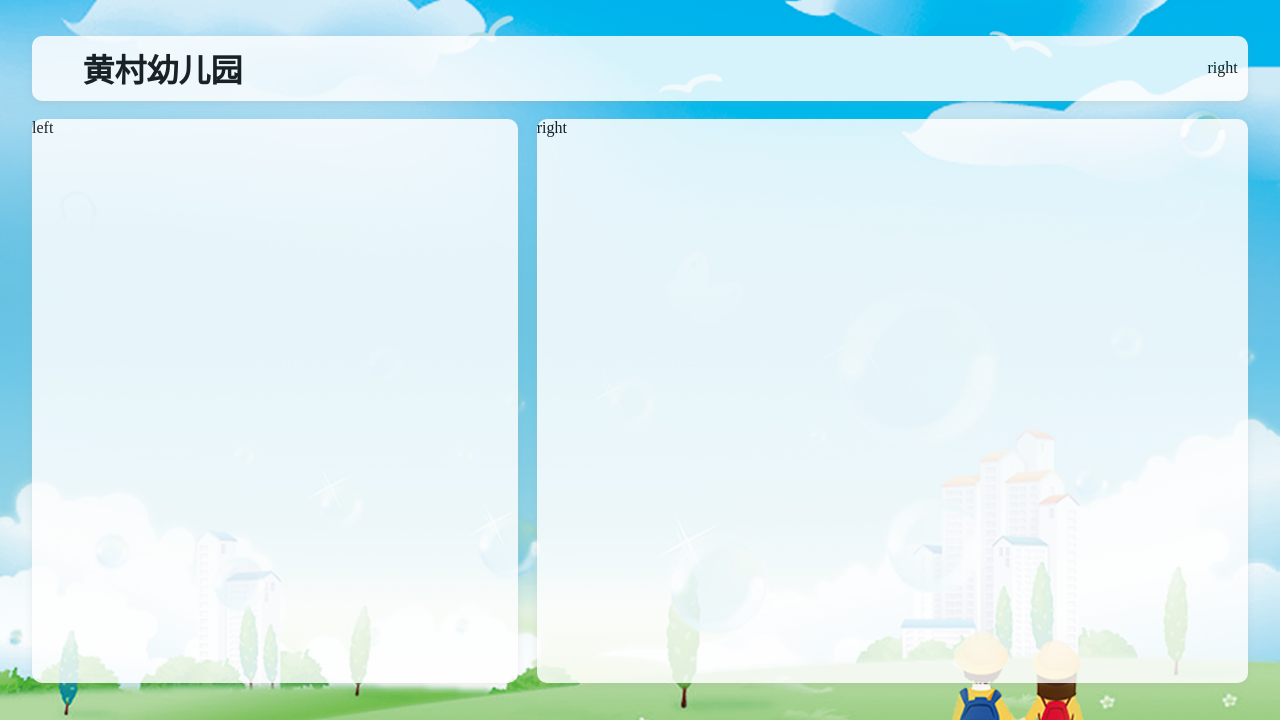
Repository: huangdesheng/classBrand
Page: / (app in classBrand/)
These files come from the project's save history. The page is drawn as it stood at one moment and after the next save; the edit follows.
The browser window is 1280 px wide. The pictures show the whole page.
The project was rebuilt for these pictures with package versions that can differ from the ones it lists, and the page was loaded fresh each time.

Above is the page before, as saved 2019-08-23 10:05:52.

After the next save:
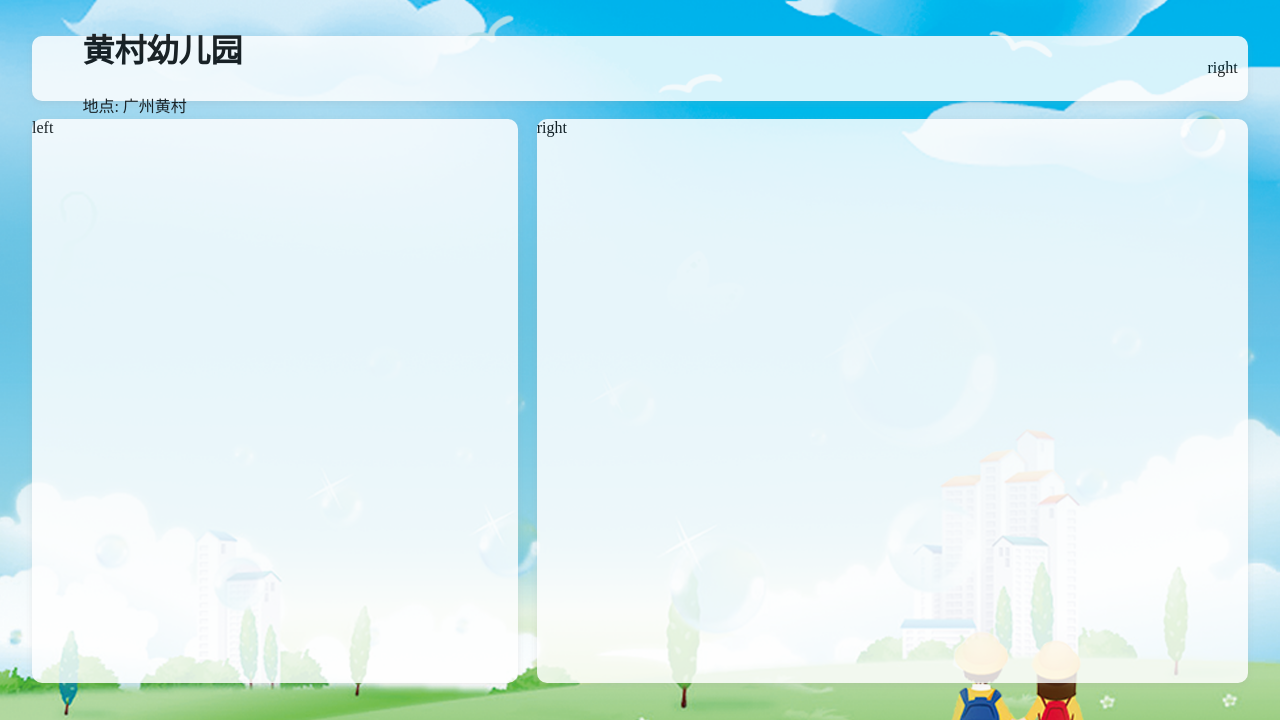
Saved 35 s later.
--- a/classBrand/src/views/index/index.vue
+++ b/classBrand/src/views/index/index.vue
@@ -3,10 +3,11 @@
     <header>
       <ul>
         <li>
-            <span></span>
-            <div>
-                <h1>黄村幼儿园</h1>
-            </div>
+          <span></span>
+          <div>
+            <h1>黄村幼儿园</h1>
+            <p>地点: 广州黄村</p>
+          </div>
         </li>
         <li>right</li>
       </ul>
